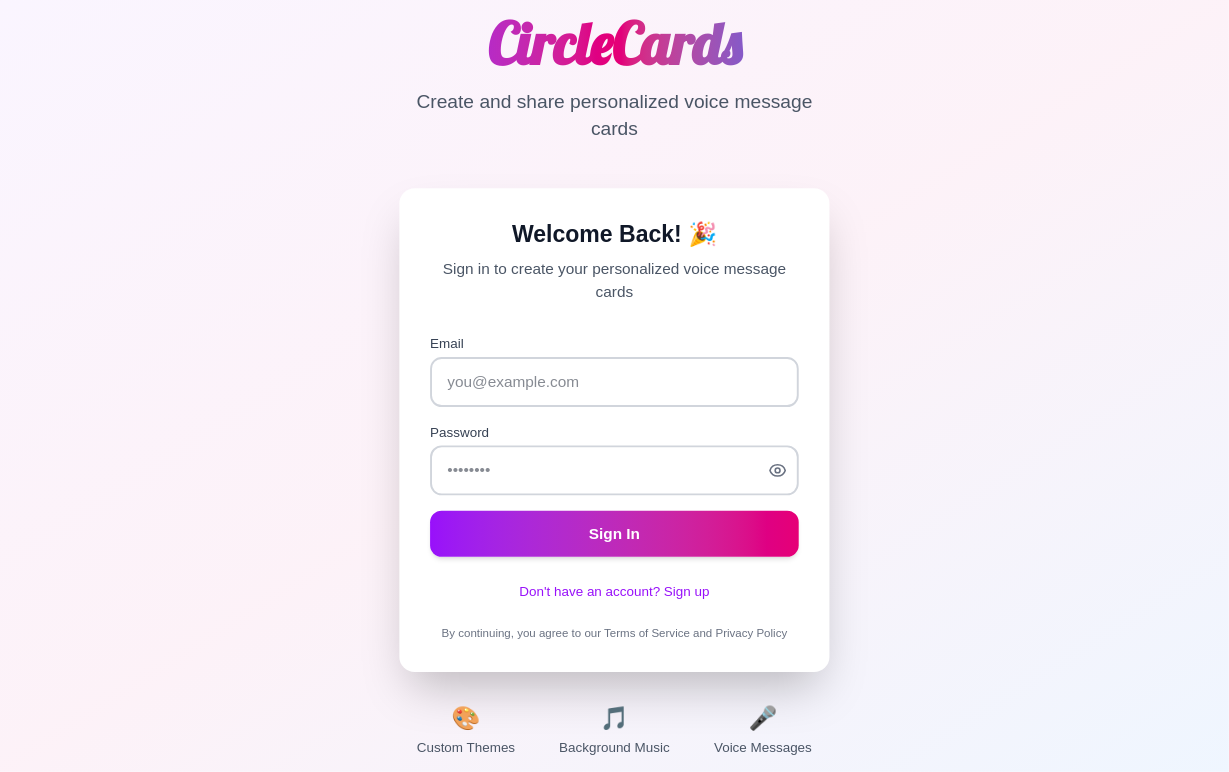
Repository: Aworminator/Birthday-Card-App
Page: /
These files come from the project's save history. The page is drawn as it stood at one moment and after the next save; the edit follows.
The browser window is 1280 px wide. The pictures show the whole page, at 96% of full size.
The page's requests for data from a server got no answer. The project was rebuilt for these pictures with package versions that can differ from the ones it lists, and the page was loaded fresh each time. The framework's server and built-in components were replaced by stand-ins that run in the browser. No one was signed in, and anything a server would have sent is missing. Also part of the build but not shown: next.config.ts.

Above is the page before, as saved 2025-12-20 11:30:39.

After the next save:
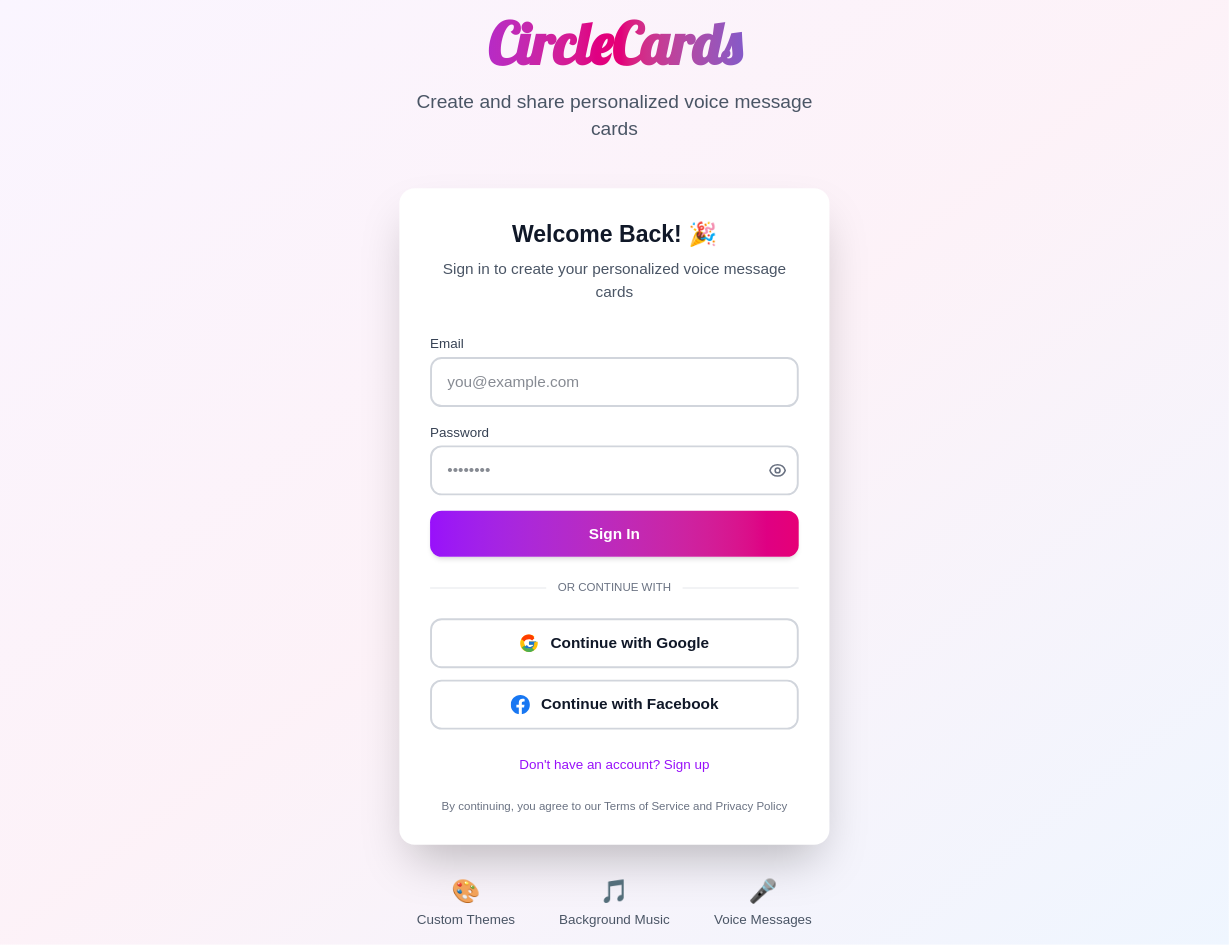
Saved 2 days later.
--- a/app/page.tsx
+++ b/app/page.tsx
@@ -86,6 +86,24 @@ export default function WelcomePage() {
     } catch (error: any) {
       console.error("Error:", error);
       alert(error.message || "Authentication failed. Please try again.");
+    } finally {
+      setAuthLoading(false);
+    }
+  };
+
+  const handleOAuth = async (provider: "google" | "facebook") => {
+    setAuthLoading(true);
+    try {
+      const redirectTo = `${window.location.origin}/auth/callback`;
+      const { error } = await supabase.auth.signInWithOAuth({
+        provider,
+        options: { redirectTo },
+      });
+      if (error) throw error;
+      // Redirect happens automatically by Supabase
+    } catch (error: any) {
+      console.error("OAuth error:", error);
+      alert(error.message || "Sign-in failed. Please try again.");
     } finally {
       setAuthLoading(false);
     }
@@ -270,6 +288,42 @@ export default function WelcomePage() {
             </button>
           </form>
 
+          {/* Divider */}
+          <div className="my-6 flex items-center">
+            <div className="flex-1 h-px bg-gray-200" />
+            <span className="px-3 text-xs uppercase text-gray-500">Or continue with</span>
+            <div className="flex-1 h-px bg-gray-200" />
+          </div>
+
+          {/* OAuth Buttons */}
+          <div className="grid gap-3">
+            <button
+              type="button"
+              disabled={authLoading}
+              onClick={() => handleOAuth("google")}
+              className="w-full px-6 py-3 border-2 border-gray-300 rounded-xl hover:border-gray-400 transition-all bg-white text-gray-900 font-semibold disabled:opacity-50 disabled:cursor-not-allowed flex items-center justify-center gap-3"
+            >
+              <svg xmlns="http://www.w3.org/2000/svg" viewBox="0 0 48 48" className="w-5 h-5">
+                <path fill="#FFC107" d="M43.611 20.083H42V20H24v8h11.303C33.676 31.258 29.223 34 24 34c-6.627 0-12-5.373-12-12s5.373-12 12-12c3.059 0 5.842 1.153 7.961 3.039l5.657-5.657C34.869 4.108 29.706 2 24 2 11.85 2 2 11.85 2 24s9.85 22 22 22 22-9.85 22-22c0-1.341-.138-2.651-.389-3.917z"/>
+                <path fill="#FF3D00" d="M6.306 14.691l6.571 4.814C14.297 16.108 18.757 14 24 14c3.059 0 5.842 1.153 7.961 3.039l5.657-5.657C34.869 4.108 29.706 2 24 2 15.317 2 7.957 6.76 4.306 14.691z"/>
+                <path fill="#4CAF50" d="M24 46c5.166 0 9.86-1.977 13.409-5.191l-6.19-5.238C29.172 36.477 26.735 37.5 24 37.5 18.805 37.5 14.373 34.127 12.71 29.5l-6.49 5.002C9.828 41.289 16.428 46 24 46z"/>
+                <path fill="#1976D2" d="M43.611 20.083H42V20H24v8h11.303c-1.353 3.258-4.63 5.5-8.303 5.5-3.582 0-6.64-2.091-8.004-5.108l-6.49 5.002C14.373 34.127 18.805 37.5 24 37.5 29.223 37.5 33.676 34.758 35.303 32h.001c1.095-1.704 1.743-3.705 1.743-5.917 0-1.341-.138-2.651-.389-3.917z"/>
+              </svg>
+              Continue with Google
+            </button>
+            <button
+              type="button"
+              disabled={authLoading}
+              onClick={() => handleOAuth("facebook")}
+              className="w-full px-6 py-3 border-2 border-gray-300 rounded-xl hover:border-gray-400 transition-all bg-white text-gray-900 font-semibold disabled:opacity-50 disabled:cursor-not-allowed flex items-center justify-center gap-3"
+            >
+              <svg xmlns="http://www.w3.org/2000/svg" viewBox="0 0 24 24" className="w-5 h-5 fill-[#1877F2]">
+                <path d="M24 12.073C24 5.405 18.627 0 12 0S0 5.405 0 12.073C0 18.09 4.388 23.094 10.125 24v-8.438H7.078V12.07h3.047V9.412c0-3.007 1.792-4.668 4.533-4.668 1.312 0 2.686.235 2.686.235v2.953h-1.513c-1.492 0-1.955.93-1.955 1.887v2.251h3.328l-.532 3.492h-2.796V24C19.612 23.094 24 18.09 24 12.073z"/>
+              </svg>
+              Continue with Facebook
+            </button>
+          </div>
+
           <div className="mt-6 text-center">
             <button
               onClick={() => setIsSignUp(!isSignUp)}
